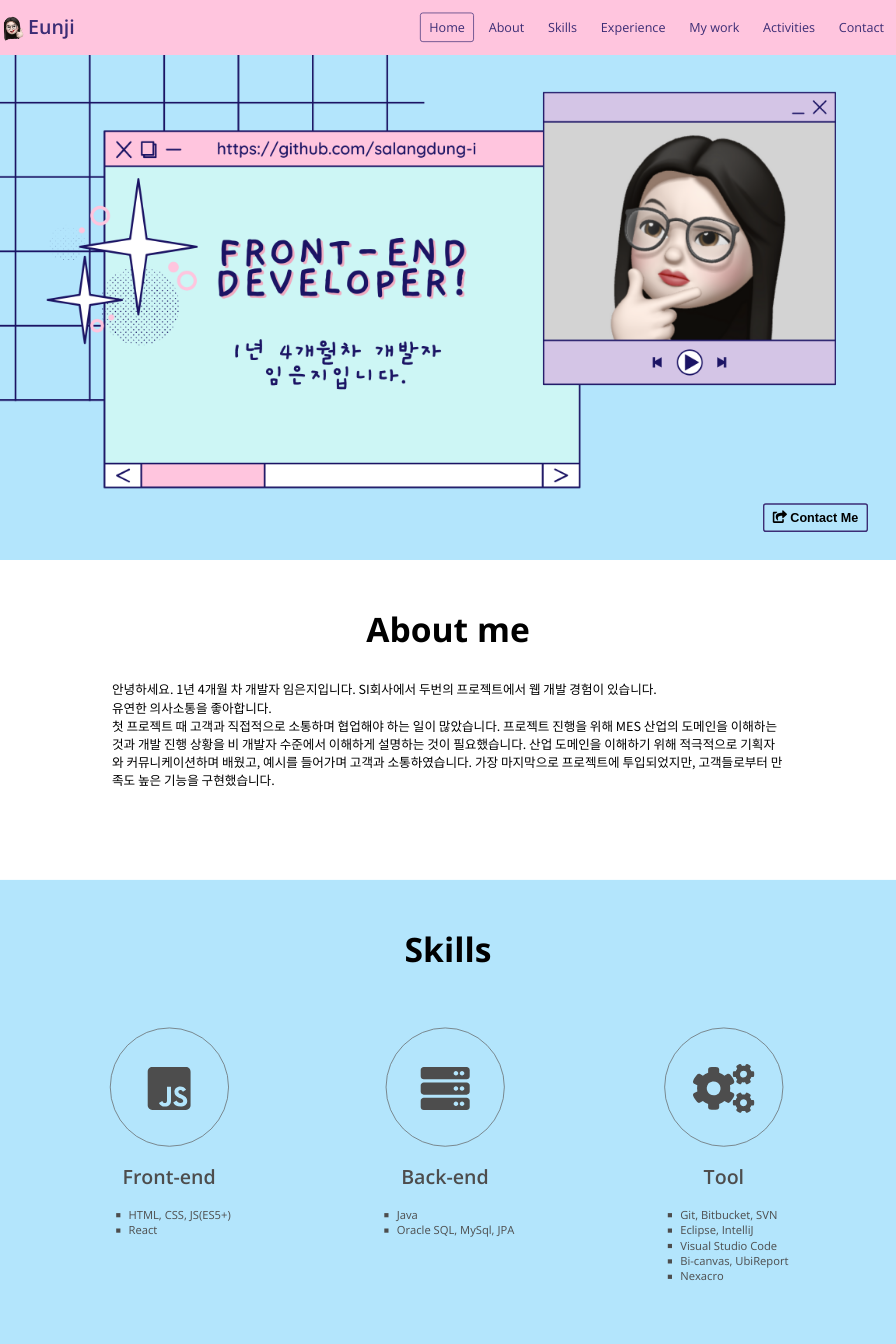
Repository: salangdung-i/portfolio
Page: index.html
The author's editor kept a copy of each file at every save. The page is drawn from the files as they stood at one save, then again after the next save.
The browser window is 1280 px wide. The pictures show the part of the page from y = 0 to 1920 px (the page is 5485 px tall), at 70% of full size.
Some web fonts or font styles are not loaded; a fallback is used. Some web libraries are served in a nearby version.

Above is the page before, as saved 2021-12-27 13:08:01.

### index.html
<!DOCTYPE html>
<html lang="en">

<head>
  <meta charset="UTF-8">
  <meta name="viewport" content="width=device-width, initial-scale=1.0">
  <title>Eunji's Portfolio</title>
  <meta name="description" content="Port for world-renowned software engineer Eunji" />
  <meta name="author" content="Eunji">
  <link rel="icon" type="image/png" href="imgs/favicon.png" />
  <script src="https://use.fontawesome.com/releases/v5.2.0/js/all.js"></script>
  <link rel="preconnect" href="https://fonts.googleapis.com">
  <link rel="preconnect" href="https://fonts.gstatic.com" crossorigin>
  <link
    href="https://fonts.googleapis.com/css2?family=Noto+Serif+KR:wght@200;300;400;500;600&family=Open+Sans:wght@400;600;700&family=Oswald:wght@600&family=Yeon+Sung&display=swap&family=Bakbak+One&display=swap&family=Noto+Sans+KR:wght@100;300&display=swap"
    rel="stylesheet">
  <link rel="stylesheet" href="style.css" />
  <script src="main.js" defer></script>
</head>

<body>
  <!-- Navbar  -->
  <nav id="navbar">
    <div class="navbar__logo">
      <a href="#"><img class="navbar__logo__img" src="imgs/favicon.png" width="30" height="30"
          alt="favicon img"></img>Eunji</a>
    </div>
    <ul class="navbar__menu">
      <li class="navbar__menu__item active" data-link="#home">Home</li>
      <li class="navbar__menu__item" data-link="#about">About</li>
      <li class="navbar__menu__item" data-link="#skills">Skills</li>
      <li class="navbar__menu__item" data-link="#experience">Experience</li>
      <li class="navbar__menu__item" data-link="#work">My work</li>
      <li class="navbar__menu__item" data-link="#activities">Activities</li>
      <li class="navbar__menu__item" data-link="#contact">Contact</li>
    </ul>

    <!-- Toggle button -->
    <button class="navbar__toggle-btn">
      <i class="far fa-bars"></i>
    </button>
  </nav>

  <!-- Home -->
  <section id="home">
    <button class="home__contact" data-link="#contact">
      <i class="fas fa-share-square"></i>
      Contact Me</button>
  </section>

  <!-- About -->
  <section id="about" class="section section__container">
    <header>
      <h1>About me</h1>
    </header>
    <div class="about--text">
      <p>
        안녕하세요. 1년 4개월 차 개발자 임은지입니다. SI회사에서 두번의 프로젝트에서 웹 개발 경험이 있습니다.<br>
        유연한 의사소통을 좋아합니다.<br> 첫 프로젝트 때 고객과 직접적으로 소통하며 협업해야 하는 일이 많았습니다.
        프로젝트 진행을 위해 MES 산업의 도메인을 이해하는 것과 개발 진행 상황을 비 개발자 수준에서 이해하게 설명하는 것이 필요했습니다.
        산업 도메인을 이해하기 위해 적극적으로 기획자와 커뮤니케이션하며 배웠고, 예시를 들어가며 고객과 소통하였습니다. 가장 마지막으로 프로젝트에 투입되었지만, 고객들로부터 만족도 높은 기능을 구현했습니다.
      </p>
    </div>
  </section>

  <!-- Skills -->
  <section id="skills" class="section">
    <div class="section__container">
      <h1>Skills</h1>

      <div class="about__majors">
        <div class="major">
          <div class="major__icon">
            <i class="fab fa-js-square"></i>
          </div>
          <h2 class="major__title">Front-end</h2>
          <div class="major__description">
            <ul class="description--ul">
              <li>HTML, CSS, JS(ES5+)</li>
              <li>React</li>
            </ul>
          </div>
        </div>
        <div class="major">
          <div class="major__icon">
            <i class="fas fa-server"></i>
          </div>
          <h2 class="major__title">Back-end</h2>
          <div class="major__description">
            <ul class="description--ul">
              <li>Java</li>
              <li>Oracle SQL, MySql, JPA</li>
            </ul>
          </div>
        </div>

        <div class="major">
          <div class="major__icon">
            <i class="fas fa-cogs"></i>
          </div>
          <h2 class="major__title">Tool</h2>
          <div class="major__description">
            <ul class="description--ul">
              <li>Git, Bitbucket, SVN </li>
              <li>Eclipse, IntelliJ</li>
              <li>Visual Studio Code</li>
              <li>Bi-canvas, UbiReport</li>
              <li>Nexacro</li>
            </ul>
          </div>
        </div>
      </div>
    </div>
  </section>


  <!-- Timeline -->
  <section id="experience" class="section__timeline">
    <div class="section__container">
      <h1>Experience information</h1>
      <h2>개발 경력 1년 4개월</h2>
      <div class="timelines c">
        <div class="timeline__group">
          <span class="timeline__title c" aria-hidden="true">COMPANY</span>
        </div>
        <div class="timeline__group">
          <span class="timeline__title c" aria-hidden="true">ATOS</span>
          <div class="timeline__cards">
            <div class="timeline__card card">
              <div class="card__content">
                <img src="imgs/atos_logo.png" alt="posco logp" class="card__content-logo">
                <p>
                  ITO 사업부 사원<br>
                  &nbsp; 근무기간 : 2020.02 ~ 2021.06<br>
                  &nbsp; 담당업무 : MES SI 파견 <br>
                </p>
              </div>
            </div>
          </div>
        </div>
        <!-- </div> -->
        <div class="timelines">
          <div class="timeline__group">
            <span class="timeline__title" aria-hidden="true">PROJECT</span>
          </div>
          <div class="timeline__group">
            <span class="timeline__year time" aria-hidden="true">2020</span>
            <div class="timeline__cards">
              <div class="timeline__card card">
                <header class="card__header">
                  <time class="time posco-logo" datetime="2020-02-11">
                    POSCO ICT
                  </time>
                </header>
                <div class="card__content">
                  <img src="imgs/posco_ict_logo.png" alt="posco logp" class="card__content-logo">
                  <p>
                    MES 3.0 통합관제 팀 <br>
                    &nbsp; posco 철강 프로세스 전체의 재고 및 제작 상황을 확인하고, 다음 근무자에게 지시사항을 기록하는 시스템<br>
                    &nbsp; 10년간의 재난상황(지진)을 확인, SMS 우선순위 대상자 조회, 변경, 기준이상의 지진발생시 SMS 전송하는 시스템<br>
                    &nbsp; 진행기간 : 2020.02 ~ 2020.12<br>
                    &nbsp; 담당업무 : 업무일지(관제,용선) 16종 신규 개발 및 안정화, 지진 4종 신규 개발 및 안정화 <br>
                  </p>
                </div>
              </div>

              <div class="timeline__group">
                <span class="timeline__year time" aria-hidden="true">2021</span>
                <div class="timeline__cards">
                  <div class="timeline__card card">
                    <header class="card__header">
                      <time class="time hyundai-logo" datetime="2021-01-02">
                        HYUNDAI STEEL
                      </time>
                    </header>
                    <div class="card__content">
                      <img src="imgs/hyundai_logo.gif" alt="hyundai logp" class="card__content-logo">
                      <p>
                        &nbsp;순천단조공장 단조 MES 팀<br>
                        &nbsp; hyundai 순천 단조공장의 출하,입고 상황을 확인하고, 제조를 지시하는 프로그램<br>
                        &nbsp; 진행기간 : 2021.01 ~ 2021.06<br>
                        &nbsp; 담당업무 : MES 단조 파트 100종 개발 및 Conversion <br>
                        <br>
                    </div>
                  </div>
                </div>
              </div>
            </div>
          </div>
        </div>
      </div>
  </section>

  <!-- Work -->
  <section id="work" class="section">
    <div class="section__container">
      <h1>My work</h1>
      <h2>Projects</h2>
      <div class="work__categories">
        <button class="category__btn selected" data-filter="*">
          All<span class="category__count">8</span>
        </button>
        <button class="category__btn" data-filter="basic">
          Web Basic<span class="category__count">3</span>
        </button>
        <button class="category__btn" data-filter="react">
          React<span class="category__count">2</span>
        </button>
      </div>
      <div class="work__projects">
        <a href="https://github.com/salangdung-i/shopping-game" class="project" target="blank" data-type="basic">
          <img class="project__img" src="imgs/projects/project-shopping.png" alt="shopping-game img">
          <div class="project__description">
            <h3>Shopping game</h3>
            <span>Clone coding with HTML and CSS</span>
          </div>
        </a>
        <a href="https://github.com/salangdung-i/to-do-list-app" class="project" target="blank" data-type="basic">
          <img class="project__img" src="imgs/projects/project-memo.png" alt="memo img">
          <div class="project__description">
            <h3>Memo</h3>
            <span>Clone coding with HTML and CSS</span>
          </div>
        </a>
        <a href="https://github.com/salangdung-i/carrot-game" class="project" target="blank" data-type="basic">
          <img class="project__img" src="imgs/projects/project-carrot.png" alt="carrot-game img">
          <div class="project__description">
            <h3>Carrot game</h3>
            <span>Clone coding with HTML and CSS</span>
          </div>
        </a>
        <a href="https://github.com/salangdung-i/habit-tracker" class="project" target="blank" data-type="react">
          <img class="project__img" src="imgs/projects/project-habit.png" alt="habit-tracker img">
          <div class="project__description">
            <h3>Habit tracker</h3>
            <span>Clone coding with React</span>
          </div>
        </a>
        <a href="https://github.com/salangdung-i/youtube" class="project" target="blank" data-type="react">
          <img class="project__img" src="imgs/projects/project6.png" alt="youtube img">
          <div class="project__description">
            <h3>Youtube</h3>
            <span>Clone coding with React</span>
          </div>
        </a>
        <a href="https://github.com/salangdung-i/business-card-marker" class="project" target="blank" data-type="react">
          <img class="project__img" src="imgs/projects/project7.png" alt="business-card-marker imgs">
          <div class=" project__description">
            <h3>Business card marker</h3>
            <span>Clone coding with React</span>
          </div>
        </a>
      </div>
    </div>
  </section>


  <!-- Activities & Certificate -->
  <section id="activities" class="section">
    <div class="section__container">
      <h1>Activities & Certificate</h1>
      <div class="active--imgs">
        <div class="active-img">
          <a href="https://youtu.be/o_iTuNASD5A?t=109" target="_blank">
            <img class="active__img" src="imgs/haniumit.jpeg" alt="haniumit thumbnail">
          </a>
        </div>
        <div class="active-img">
          <a href="https://youtu.be/RUdjBgxtxtU" target="_blank">
            <img class="active__img" src="imgs/iot-img.jpeg" alt="youtube thumbnail">
          </a>
        </div>
        <div class="active-img">
          <a href="1020180170668.pdf" download>
            <img class="active__img" src="imgs/certificate-2.png" alt="certificate pdf image">
          </a>
        </div>
      </div>

      <div class="active__content">
        <h2 class="content-header">
          <i class="fas fa-graduation-cap"></i> Activities
        </h2>
        <ul class="content-ul">
          <li>졸업작품 : 황혼육아를 위한 IoT 유모차</li>
          <li><a href="https://www.mk.co.kr/news/it/view/2018/11/697202/" target="_blank">수상 : 2018 한이음 공모전 /
              은상(700팀중 4등) /
              과학기술정보통신부 / 18.11.30</a></li>
          <li>한이음 학술대회 / 우수상 / 한국정보산업연합회 / 18.12.21</li>
          <li>
            <a href="https://youtu.be/o_iTuNASD5A?t=109" target="_blank">방송출연 : SBS 생활경제 "한이음엑스포, 학생들의 아이디어가 빛났다!"</a>
          </li>
        </ul>
        <h2 class="content-header">
          <i class="fas fa-certificate"></i> Certificate
        </h2>
        <ul class="content-ul">
          <li><a href="1020180170668.pdf" download>특허 : ＩｏＴ를 이용한 스마트 유모차 시스템</a></li>
        </ul>
      </div>
    </div>
  </section>

  <!-- Contact -->
  <section id="contact" class="section">
    <h1 class="contact__title">Contact me!</h1>
    <div class="contants">
      <h3 class="contact__data">Email : ej.yim0322@gmail.com</h3>
      <h3 class="contact__data"><a href="https://github.com/salangdung-i" target="blank">Github :
          https://github.com/salangdung-i</a>
      </h3>
      <h3 class="contact__data">
        <a href="https://salangdung.tistory.com" target="blank"> Blog : https://salangdung.tistory.com</a>
      </h3>
    </div>
    <h1 class="contact__title">Thank you!</h1>
  </section>

  <!-- Arrow up -->
  <button class="arrow-up">
    <i class="fas fa-arrow-up"></i>
  </button>
</body>

</html>

Loaded but not shown: main.js (167 lines, source omitted); style.css (692 lines, source omitted)

After the next save:
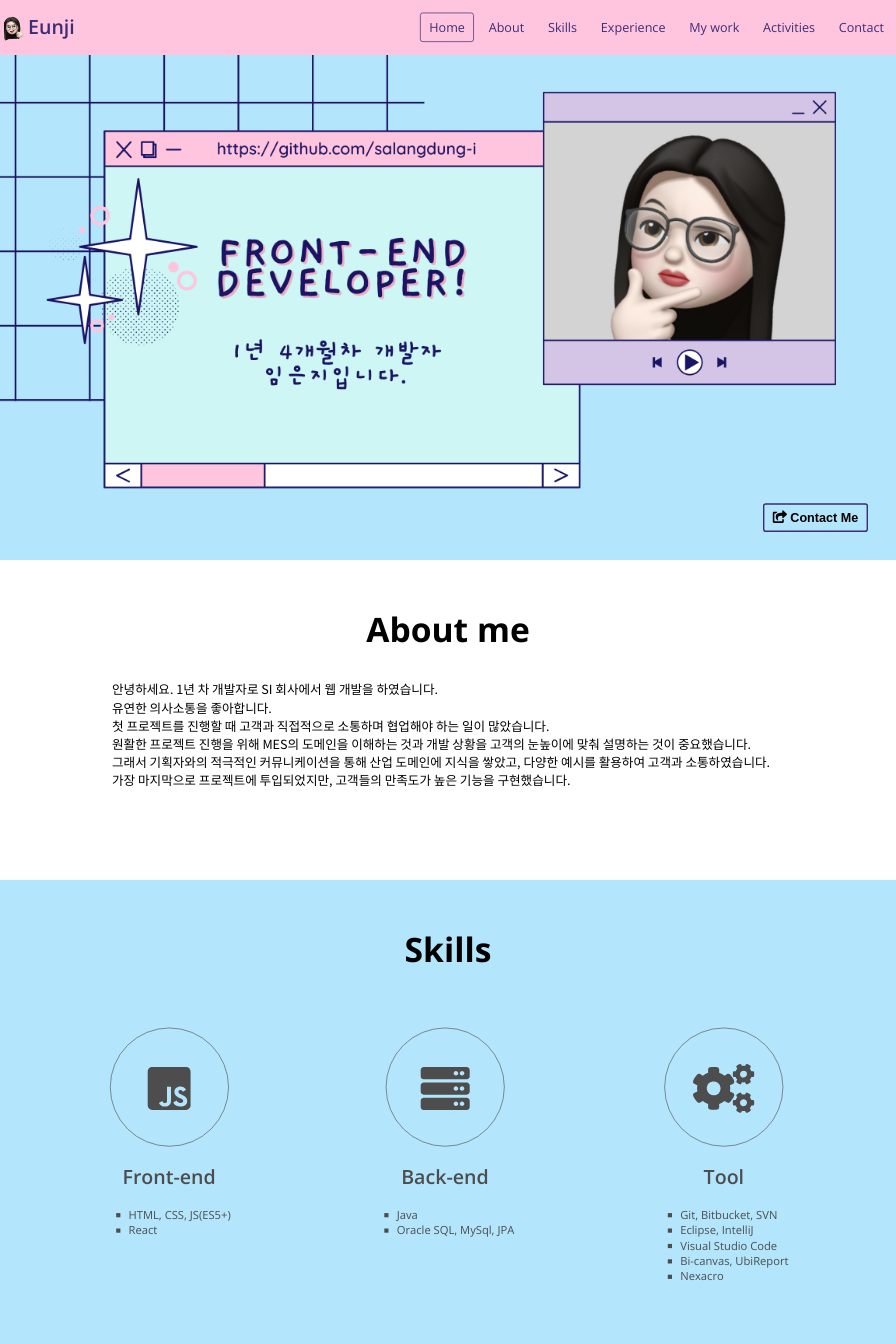
Saved 24 h 1 min later.
--- a/index.html
+++ b/index.html
@@ -55,11 +55,14 @@
     </header>
     <div class="about--text">
       <p>
-        안녕하세요. 1년 4개월 차 개발자 임은지입니다. SI회사에서 두번의 프로젝트에서 웹 개발 경험이 있습니다.<br>
-        유연한 의사소통을 좋아합니다.<br> 첫 프로젝트 때 고객과 직접적으로 소통하며 협업해야 하는 일이 많았습니다.
-        프로젝트 진행을 위해 MES 산업의 도메인을 이해하는 것과 개발 진행 상황을 비 개발자 수준에서 이해하게 설명하는 것이 필요했습니다.
-        산업 도메인을 이해하기 위해 적극적으로 기획자와 커뮤니케이션하며 배웠고, 예시를 들어가며 고객과 소통하였습니다. 가장 마지막으로 프로젝트에 투입되었지만, 고객들로부터 만족도 높은 기능을 구현했습니다.
+        안녕하세요. 1년 차 개발자로 SI 회사에서 웹 개발을 하였습니다.<br>
+        유연한 의사소통을 좋아합니다.<br>
+        첫 프로젝트를 진행할 때 고객과 직접적으로 소통하며 협업해야 하는 일이 많았습니다. <br>
+        원활한 프로젝트 진행을 위해 MES의 도메인을 이해하는 것과 개발 상황을 고객의 눈높이에 맞춰 설명하는 것이 중요했습니다. <br>
+        그래서 기획자와의 적극적인 커뮤니케이션을 통해 산업 도메인에 지식을 쌓았고, 다양한 예시를 활용하여 고객과 소통하였습니다. <br>
+        가장 마지막으로 프로젝트에 투입되었지만, 고객들의 만족도가 높은 기능을 구현했습니다.
       </p>
+
     </div>
   </section>
 
